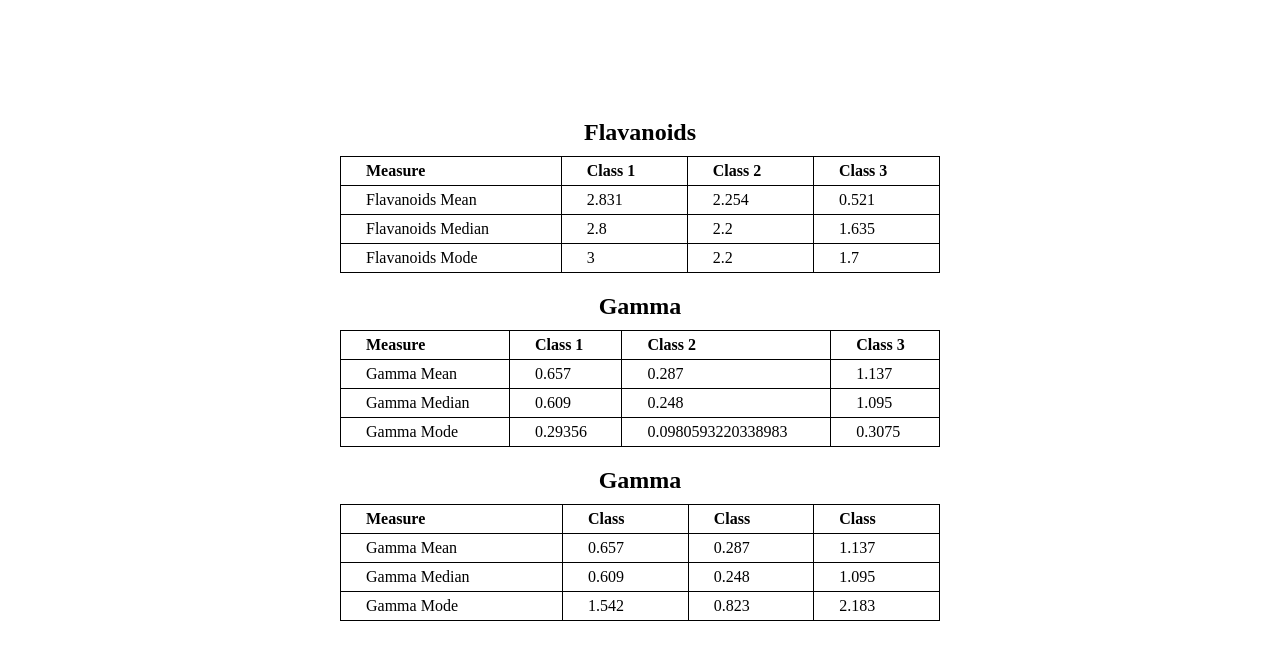
Repository: Rahul6395/WineAlcohol-Calculate
Page: /
An editor plug-in stored every save of this project. The page is shown before and after the next save, followed by the edit.
The browser window is 1280 px wide. The pictures show the whole page.
The project was rebuilt for these pictures with package versions that can differ from the ones it lists, and the page was loaded fresh each time.

Above is the page before, as saved 2023-05-27 12:27:58.

### src/App.js

import Flavonoid from "./component/Flavonoid";
import GammaTable from "./component/GammaTable";
import "./App.css"
import Gamma from "./component/Gamma"

function App() {
  return (
    <div className="App">
     {/* <Tables/> */}
     <Flavonoid/>
     <GammaTable/>
     <Gamma/>
    </div>
  );
}

export default App;

### src/component/Flavonoid.js
import React,{useState,useEffect} from 'react';
import data from "../json/data.json"
// import "./css/style.css"


function Flavonoid() {

const [value ,setValue] = useState([])

useEffect(()=>{
    for(let i=0;i<data.length;i++){
        setValue(value=>[...value,data[i].Alcohol])
    }
},[])
//Get All Alcohol
const alcohol = new Set(value);
console.log("Alcohol",[...alcohol])

  const classNames = [...alcohol]; // Replace with your actual class names

//Mean Rahul
function mean(data,classN){
  let dataFilter=data.filter((data)=>data.Alcohol === classN)
  let reduce = dataFilter.reduce((a,b)=>a+b.Flavanoids,0)
  console.log("reduce",reduce)
  return parseInt(reduce)/dataFilter.length
}


 classNames.map((classN)=>{
 console.log("mean(data,classN)",mean(data,classN))
} )










  //Mean
  function calculateMean(data, className) {
    const filteredData = data.filter(item => item.Alcohol === className);
    const sum = filteredData.reduce((acc, item) => acc + item.Flavanoids, 0);
    return parseInt(sum) / filteredData.length;
  }

//   Median
  function calculateMedian(data, className) {
    const filteredData = data.filter(item => item.Alcohol === className);
    const sortedData = filteredData.sort((a, b) => a.Flavanoids - b.Flavanoids);
    const midIndex = Math.floor(sortedData.length / 2);
    if (sortedData.length % 2 === 0) {
      return (sortedData[midIndex - 1]?.Flavanoids + sortedData[midIndex]?.Flavanoids) / 2;
    } else {
      return sortedData[midIndex].Flavanoids;
    }
  }

//   Mode
  function calculateMode(data, className) {
    const filteredData = data.filter(item => item.Alcohol === className);
    const counts = {};
    filteredData.forEach(item => {
      counts[item.Flavanoids] = counts[item.Flavanoids] ? counts[item.Flavanoids] + 1 : 1;
    });
    let mode;
    let maxCount = 0;
    for (const value in counts) {
      if (counts[value] > maxCount) {
        mode = value;
        maxCount = counts[value];
      }
    }
    return mode;
  }

  return (
    <> <h2 className='heading'>Flavanoids</h2>
    <table>
      <thead>
        <tr>
          <th>Measure</th>
          {classNames.map(className => <th key={className}>Class {className}</th>)}
        </tr>
      </thead>
      <tbody>
        <tr>
          <td>Flavanoids Mean</td>
          {classNames.map(className => <td key={className}>{calculateMean(data, className).toFixed(3)}</td>)}
        </tr>
        <tr>
          <td>Flavanoids Median</td>
          {classNames.map(className => <td key={className}>{calculateMedian(data, className)}</td>)}
        </tr>
        <tr>
          <td>Flavanoids Mode</td>
          {classNames.map(className => <td key={className}>{calculateMode(data, className)}</td>)}
        </tr>
      </tbody>
    </table>
    </>
  );
}

export default Flavonoid;

### src/component/GammaTable.js
import React from 'react';
import data from "../json/data.json"

const GammaTable = () => {

  // Function to calculate class-wise mean, median, and mode of Gamma
  const calculateGammaStats = () => {
    // Calculate Gamma for each point and group by class
    const gammaByClass = {};
    console.log("gammaStats",gammaByClass)
    data.forEach((point) => {
      const { Alcohol, Ash, Hue, Magnesium } = point;
      const gamma = (Ash * Hue) / Magnesium;

      if (gammaByClass[Alcohol]) {
        gammaByClass[Alcohol].push(gamma);
      } else {
        gammaByClass[Alcohol] = [gamma];
      }
    });

    // Calculate mean, median, and mode for each class
    const statsByClass = Object.entries(gammaByClass).map(([className, gammaValues]) => {
      // Mean
        // console.log("calculateMeangammaValues",gammaValues)
      const mean = gammaValues.reduce((sum, value) => sum + value, 0) / gammaValues.length;
      // Median
      let sortData = gammaValues.sort((a, b) => a - b);
      const midIndex = Math.floor(sortData.length / 2);
      const median = sortData.length % 2 === 0 ? (sortData[midIndex-1] +  sortData[midIndex]) / 2 : sortData[midIndex]

      // Mode
  //    let modify;
  //  let maxCount = 0;
  //  const counts = {};
  // const mode = gammaValues.sort((a, b) =>
  //       gammaValues.filter((v) => v === a)
  //     ).forEach(item => {
  //       counts[item] = counts[item] ? counts[item] + 1 : 1;
  //     });
  //     for (const value in counts) {
  //       if (counts[value] > maxCount) {
  //         modify = value;
  //         maxCount = counts[value];
  //       }
  //     }
  //     return modify;




      const mode = gammaValues.sort((a, b) =>
        gammaValues.filter((v) => v === a).length - gammaValues.filter((v) => v === b).length
      )[0];

      return {
        className,
        mean: mean.toFixed(3),
        median: median.toFixed(3),
        mode: mode,
      };
    });

    return statsByClass;
  };

  const gammaStats = calculateGammaStats();

  return (
    <div>
    <h2 className='heading'>Gamma</h2>
    <table>
      <thead>
        <tr>
          <th>Measure</th>
          {gammaStats.map((stat) => (
            <th key={stat.className}>Class {stat.className}</th>
          ))}
        </tr>
      </thead>
      <tbody>
        <tr>
          <td>Gamma Mean</td>
          {gammaStats.map((stat) => (
            <td key={stat.className}>{stat.mean}</td>
          ))}
        </tr>
        <tr>
          <td>Gamma Median</td>
          {gammaStats.map((stat) => (
            <td key={stat.className}>{console.log("stat.median",stat.median)}{stat.median}</td>
          ))}
        </tr>
        <tr>
          <td>Gamma Mode</td>
          {gammaStats.map((stat) => (
            <td key={stat.className}>{stat.mode}</td>
          ))}
        </tr>
      </tbody>
    </table>
    </div>
  );
}


export default GammaTable;

### src/component/Gamma.js
import React from 'react';
import data from "../json/data.json"

const GammaTable = () => {
    const gammaByClass = {};
    console.log("gammaStats",gammaByClass)
    data.forEach((point) => {
      const { Alcohol, Ash, Hue, Magnesium } = point;
      const gamma = (Ash * Hue) / Magnesium;

      if (gammaByClass[Alcohol]) {
        gammaByClass[Alcohol].push(gamma);
      } else {
        gammaByClass[Alcohol] = [gamma];
      }
    });

    function calculateMean(data) {
        const sum = data.reduce((acc, item) => acc + item, 0) / data.length;
        return sum;
      }

    //   Median
      function calculateMedian(data,) {
        const sortedData = data.sort((a, b) => a - b);
        const midIndex = Math.floor(sortedData.length / 2);
        if (sortedData.length % 2 === 0) {
          return (sortedData[midIndex - 1] + sortedData[midIndex]) / 2;
        } else {
          return sortedData[midIndex];
        }
      }

    //   Mode
      function calculateMode(data,) {
        const counts = {};
      data.forEach(item => {
          counts[item] = counts[item]  + 1 || 1;
        });

        let maxCount = 0;
        let mode = -Infinity;
        for (const value in counts) {
          const item = counts[value];
          if (item >= maxCount && Number(value) > mode) {
            maxCount = item;
            mode = Number(value);
          }
        }

        return mode.toFixed(3);
      }


  return (
    <div>
    <h2 className='heading'>Gamma</h2>
    <table>
      <thead>
        <tr>
          <th>Measure</th>
          {Object.entries(gammaByClass).map((className, gammaValues) => (
            <th>Class {console.log('className', gammaValues)}</th>
          ))}
        </tr>
      </thead>
      <tbody>
        <tr>
          <td>Gamma Mean</td>
          {/* {red.map((className) => (
            <td>{calculateMean(green, className).toFixed(3)}</td>
          ))} */}
        {
          Object.entries(gammaByClass).map(([className, gammaValues])=>(
            <td>{calculateMean(gammaValues).toFixed(3)}</td>
          ))
        }
        </tr>
        <tr>
          <td>Gamma Median</td>
          {
          Object.entries(gammaByClass).map(([className, gammaValues])=>(
            <td>{calculateMedian(gammaValues).toFixed(3)}</td>
          ))
        }
        </tr>
        <tr>
          <td>Gamma Mode</td>
          {
          Object.entries(gammaByClass).map(([className, gammaValues])=>(
            <td>{calculateMode(gammaValues)}</td>
          ))
        }
        </tr>
      </tbody>
    </table>
    </div>
  );
}


export default GammaTable;

Loaded but not shown: public/index.html (common file); src/index.js (common file); src/App.css (common file); src/json/data.json (2673 lines, source omitted)

After the next save:
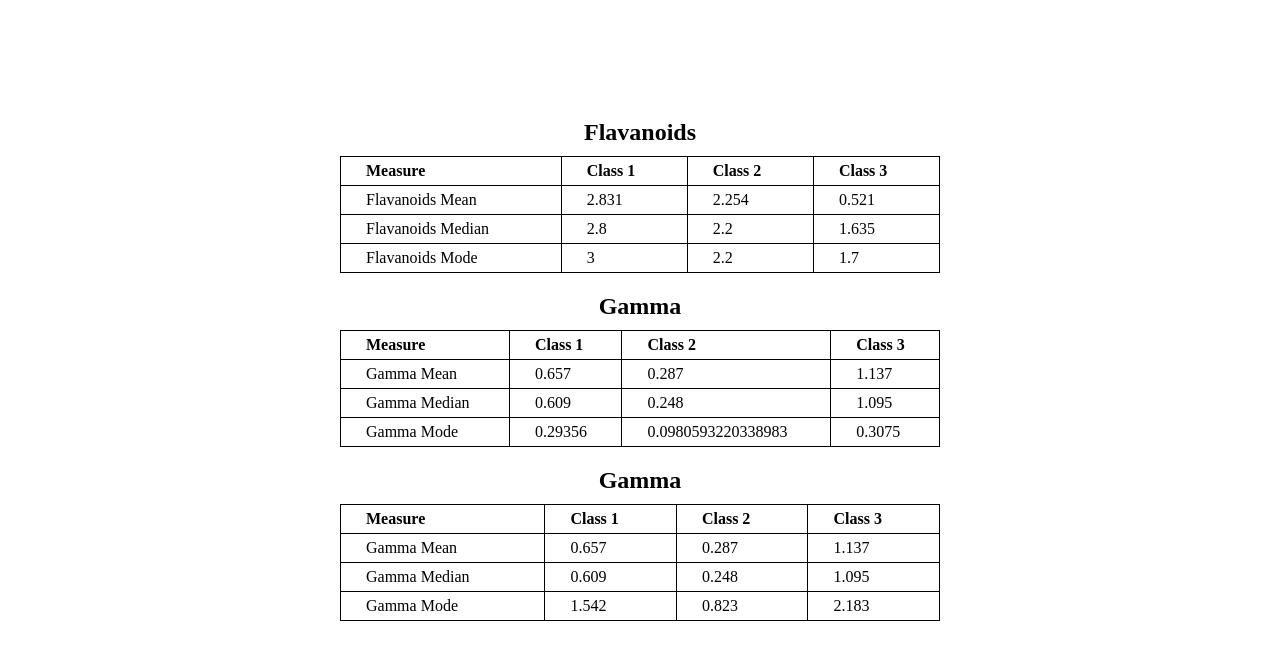
Saved 37 s later.
--- a/src/component/Gamma.js
+++ b/src/component/Gamma.js
@@ -60,7 +60,7 @@ const GammaTable = () => {
         <tr>
           <th>Measure</th>
           {Object.entries(gammaByClass).map((className, gammaValues) => (
-            <th>Class {console.log('className', gammaValues)}</th>
+            <th>Class {gammaValues+1}</th>
           ))}
         </tr>
       </thead>
